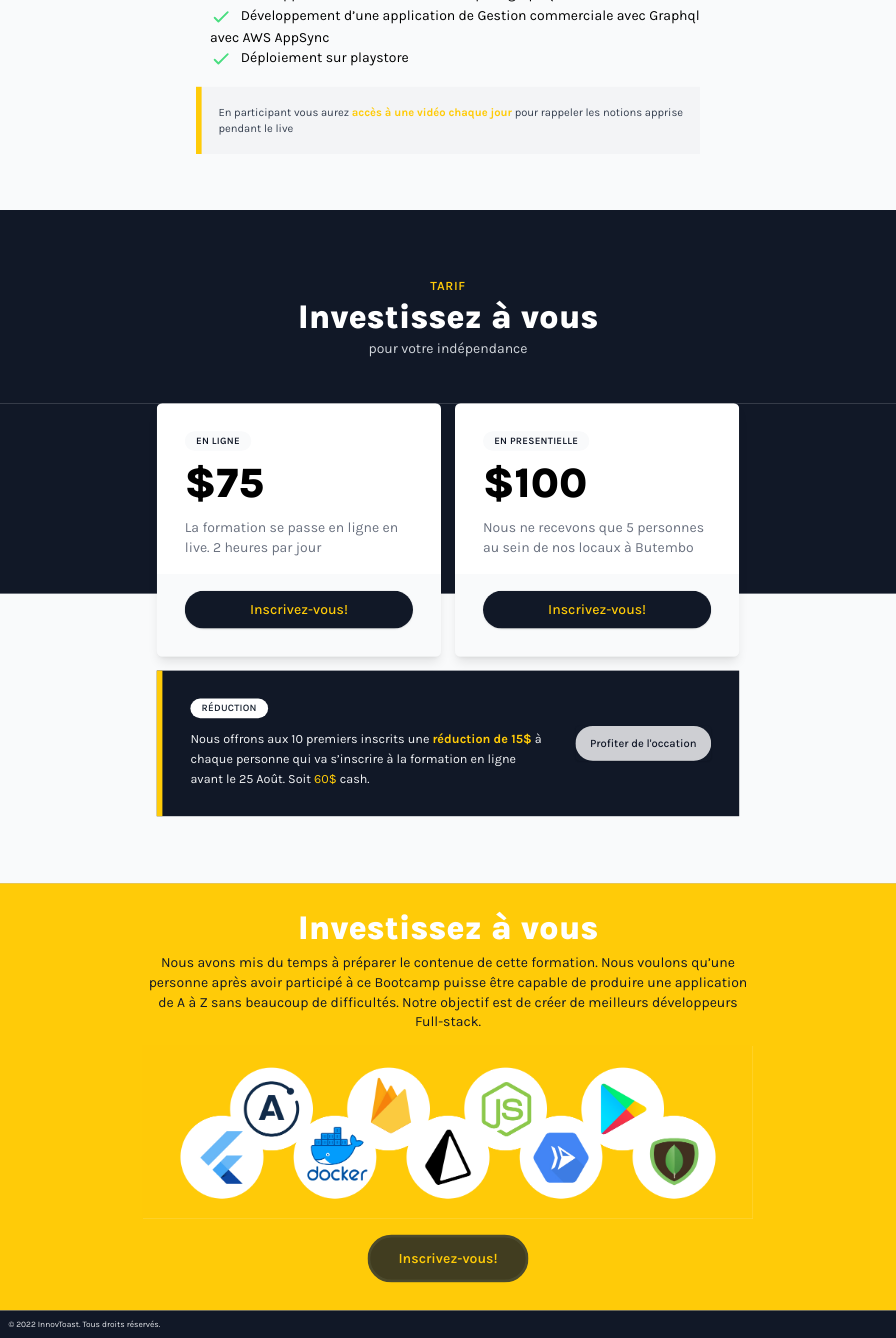
Repository: alfredlwanzo/course
Page: /
These files come from the project's save history. The page is drawn as it stood at one moment and after the next save; the edit follows.
The browser window is 1280 px wide. The pictures show the part of the page from y = 2080 to 4000 px (the page is 3992 px tall before and 4000 px after), at 70% of full size.
The project was rebuilt for these pictures with package versions that can differ from the ones it lists, and the page was loaded fresh each time. The framework's server and built-in components were replaced by stand-ins that run in the browser. Also part of the build but not shown: next.config.js.

Above is the page before, as saved 2022-08-09 18:13:17.

After the next save:
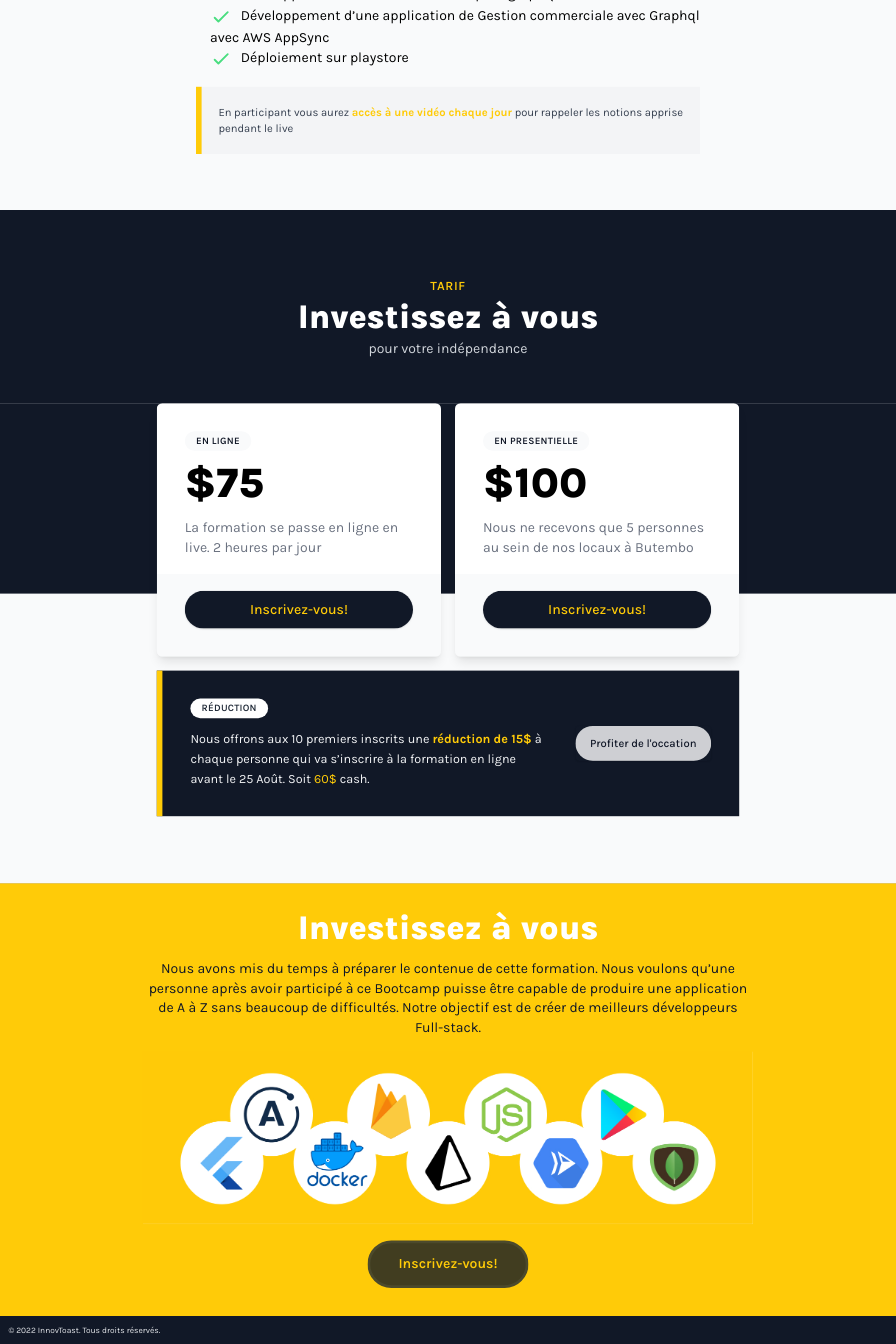
Saved 5 s later.
--- a/pages/index.tsx
+++ b/pages/index.tsx
@@ -39,7 +39,7 @@
           <p className="text-3xl font-extrabold text-white sm:text-4xl lg:text-5xl text-center">
             Investissez à vous
             </p>
-            <p className="md:text-center text-xl text-gray-900 max-w-4xl mx-auto mt-3">
+            <p className="md:text-center text-xl text-gray-900 max-w-4xl mx-auto mt-5">
               Nous avons mis du temps à préparer le contenue de cette formation. Nous voulons qu’une personne après avoir participé à ce
               Bootcamp puisse être capable de produire
               une application de A à Z sans beaucoup de difficultés. Notre
